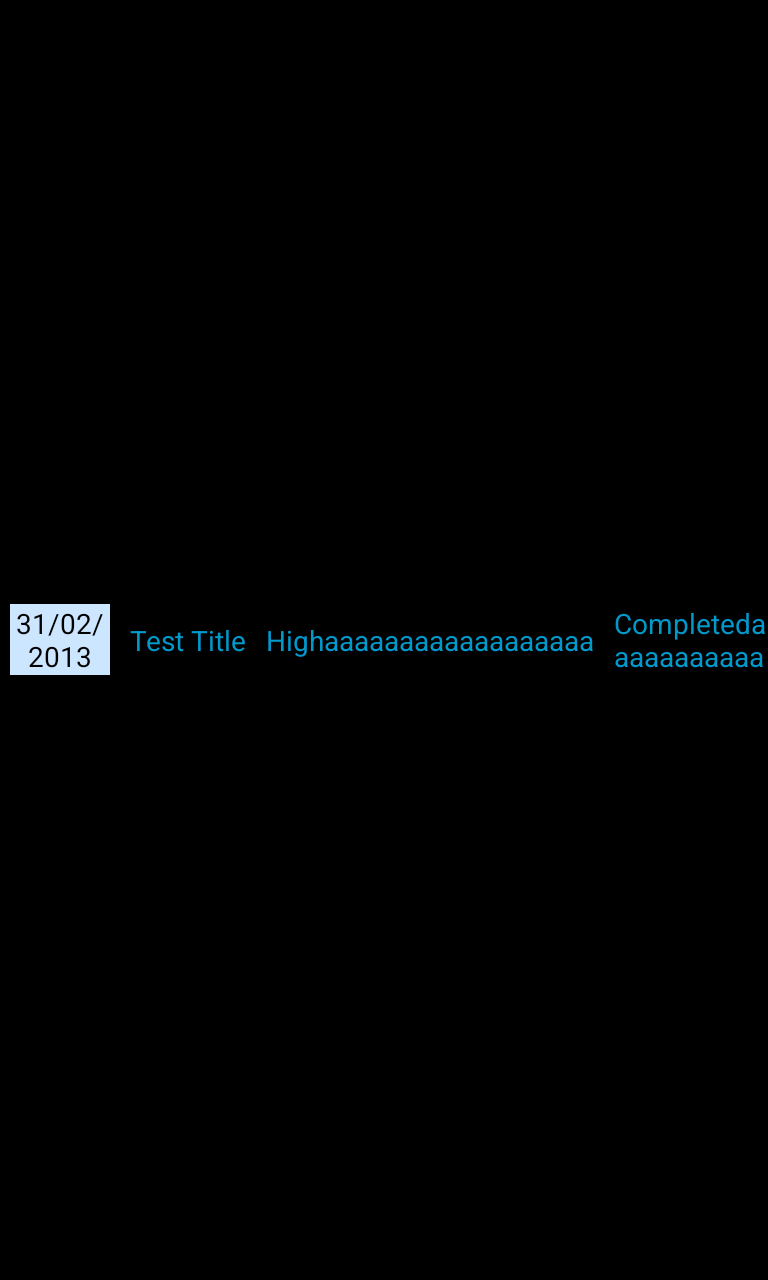
Repository: titango/androidass1
Layout: uTask/res/layout/task_list_item.xml
These files come from the project's save history. The layout is drawn as it stood at one moment and after the next save; the edit follows.
It is drawn on a 768 x 1280 px phone screen (xhdpi) without system bars, with theme NoActionBar; the app's code is not run.

Above is the layout before, as saved 2013-03-31 23:39:42.

### uTask/res/layout/task_list_item.xml
<?xml version="1.0" encoding="utf-8"?>
<LinearLayout xmlns:android="http://schemas.android.com/apk/res/android"
    android:layout_width="wrap_content"
    android:layout_height="wrap_content"
    android:gravity="left|center"
    android:paddingBottom="5dp"
    android:paddingLeft="5dp"
    android:paddingTop="5dp" >

    <TextView
        android:id="@+id/task_list_item_date"
        android:layout_width="50dp"
        android:layout_height="wrap_content"
        android:background="@color/lightblue"
        android:gravity="center"
        android:text="31/02/2013"
        android:textColor="@color/black" >
    </TextView>

    <TextView
        android:id="@+id/task_list_item_title"
        android:layout_width="wrap_content"
        android:layout_height="wrap_content"
        android:layout_marginLeft="10dp"
        android:text="Test Title"
        android:textColor="#0099CC" >
    </TextView>

    <TextView
        android:id="@+id/task_list_item_priority"
        android:layout_width="wrap_content"
        android:layout_height="wrap_content"
        android:layout_marginLeft="10dp"
        android:text="Highaaaaaaaaaaaaaaaaaa"
        android:textColor="#0099CC" >
    </TextView>

    <TextView
        android:id="@+id/task_list_item_status"
        android:layout_width="wrap_content"
        android:layout_height="wrap_content"
        android:layout_marginLeft="10dp"
        android:text="Completedaaaaaaaaaaa"
        android:textColor="#0099CC" >
    </TextView>

</LinearLayout>

### uTask/res/values/colors.xml
<?xml version="1.0" encoding="utf-8"?>
<resources>
    <color name="white">#FFFFFF</color>
    <color name="black">#000000</color>
    <color name="darkblue">#0000A0</color>
    <color name="lightblue">#CCE6FF</color>
    <color name="lightyellow">#FFFFCC</color>
    <color name="superlightyellow">#FFFFE5</color>
    <color name="lightorange">#FFCC33</color>
    <color name="darkorange">#FFBF00</color>
    <color name="lowlightgreen">#00FF99</color>

</resources>

Loaded but not shown: uTask/res/values/styles.xml (common file)

After the next save:
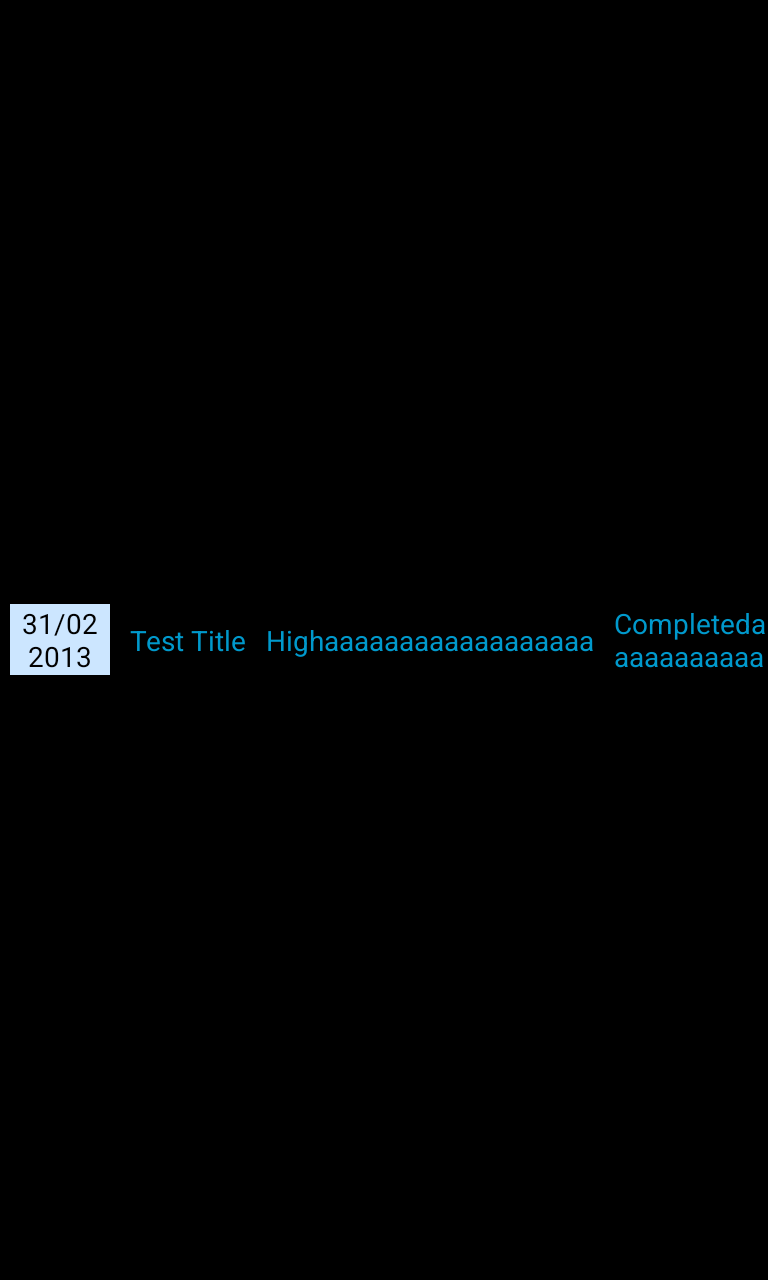
Saved 9 s later.
--- a/uTask/res/layout/task_list_item.xml
+++ b/uTask/res/layout/task_list_item.xml
@@ -13,7 +13,7 @@
         android:layout_height="wrap_content"
         android:background="@color/lightblue"
         android:gravity="center"
-        android:text="31/02/2013"
+        android:text="31/02 2013"
         android:textColor="@color/black" >
     </TextView>
 
